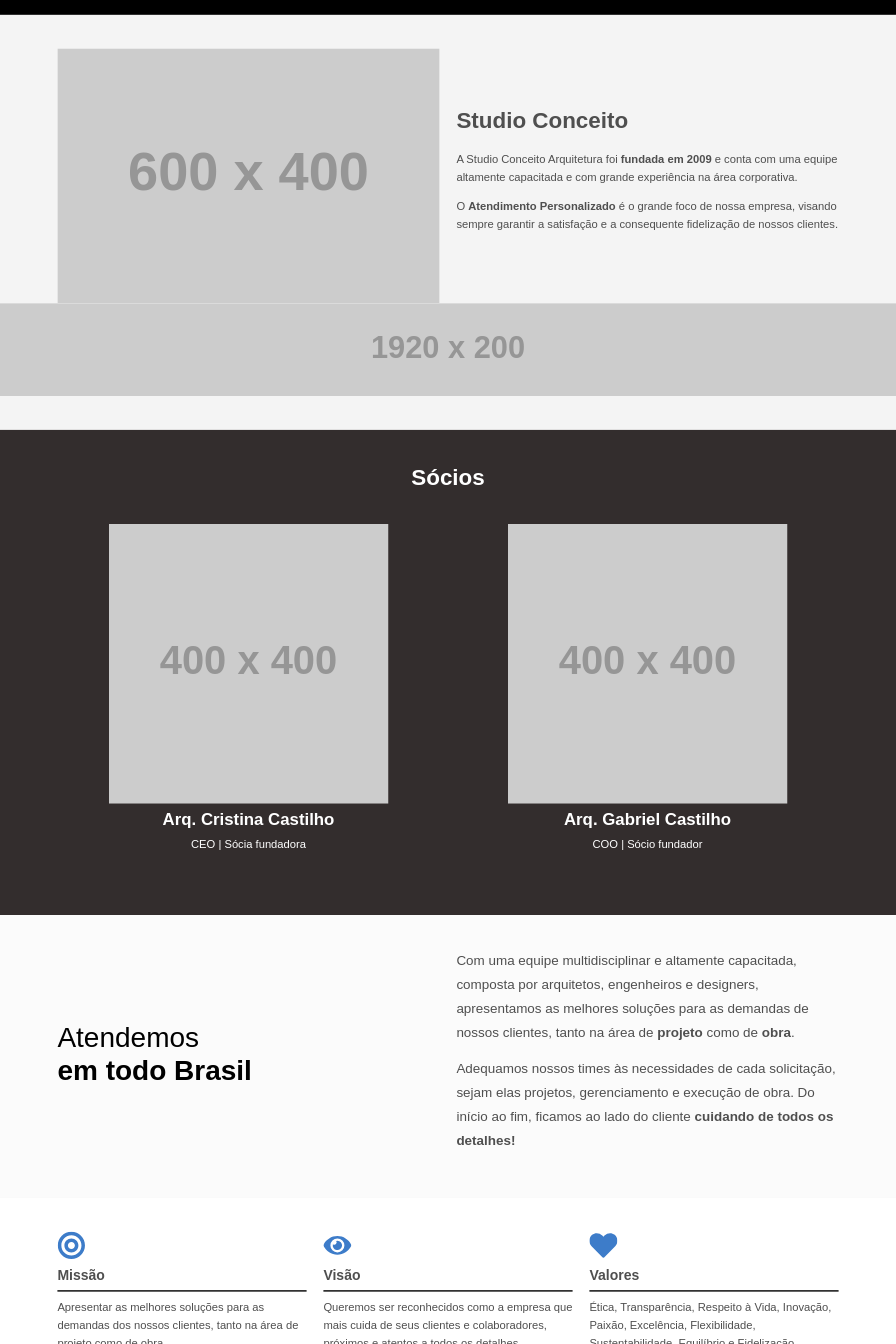
Repository: Upstairs-Agencia/studio-conceito-react
Page: /quem-somos
The author's editor kept a copy of each file at every save. The page is drawn from the files as they stood at one save, then again after the next save.
The browser window is 1280 px wide. The pictures show the part of the page from y = 373 to 2293 px (the page is 2581 px tall), at 70% of full size.
The project was rebuilt for these pictures with package versions that can differ from the ones it lists, and the page was loaded fresh each time. Also part of the build but not shown: src/pages/Home.js, src/pages/Servicos.js, src/styles/cases.css, src/pages/Cases.js, src/pages/Blog.js, src/pages/Clientes.js, src/pages/Contato.js.

Above is the page before, as saved 2024-12-29 12:13:55.

After the next save:
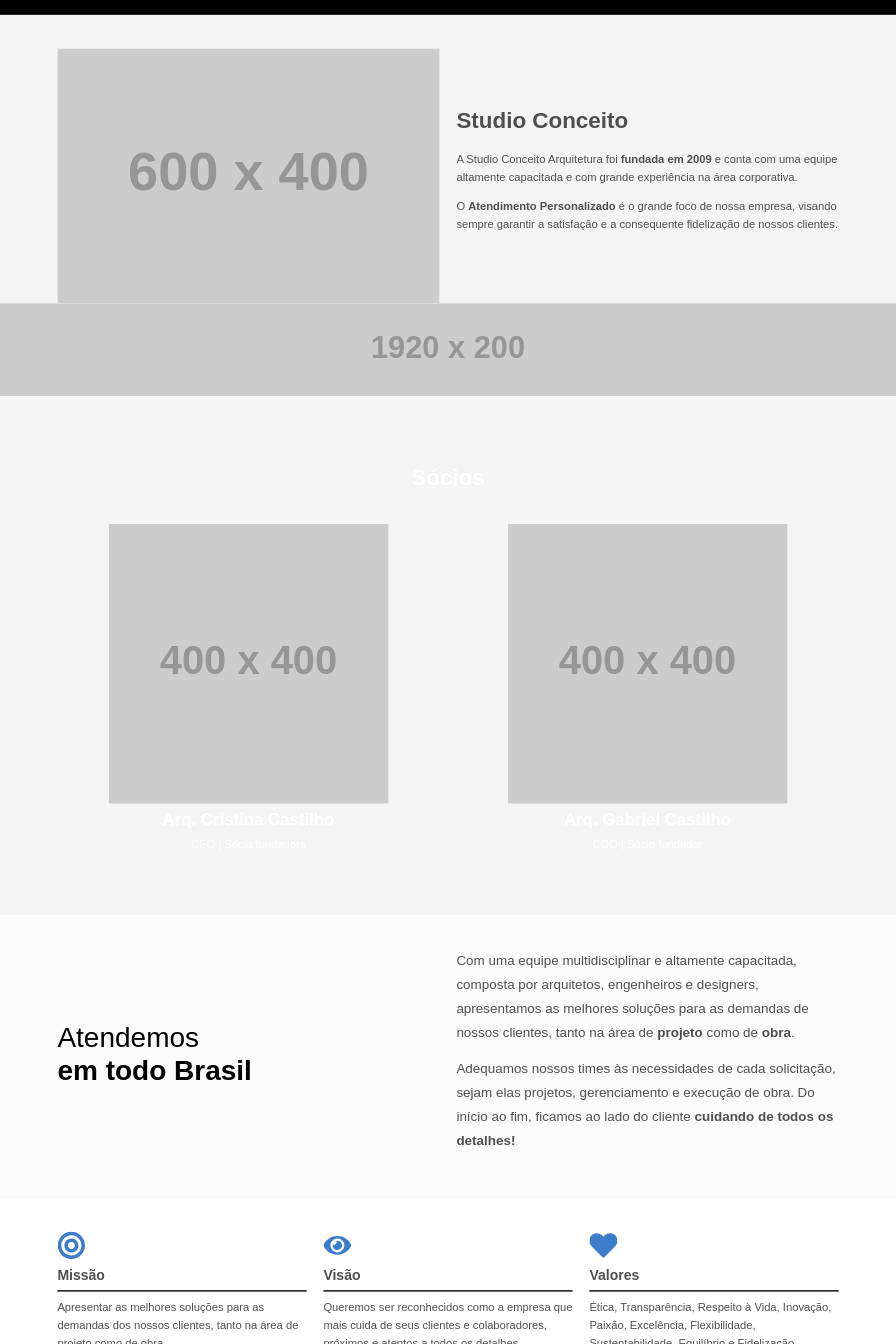
Saved 66 s later.
--- a/src/pages/QuemSomos.js
+++ b/src/pages/QuemSomos.js
@@ -66,7 +66,7 @@ export default function QuemSomos() {
       </section>
 
       {/* Sócios Section */}
-      <section className="py-5 bg-dark text-white">
+      <section className="py-5 socios text-white">
         <MDBContainer>
           <h2 className="text-center fw-bold mb-5">Sócios</h2>
           <MDBRow className="text-center">
